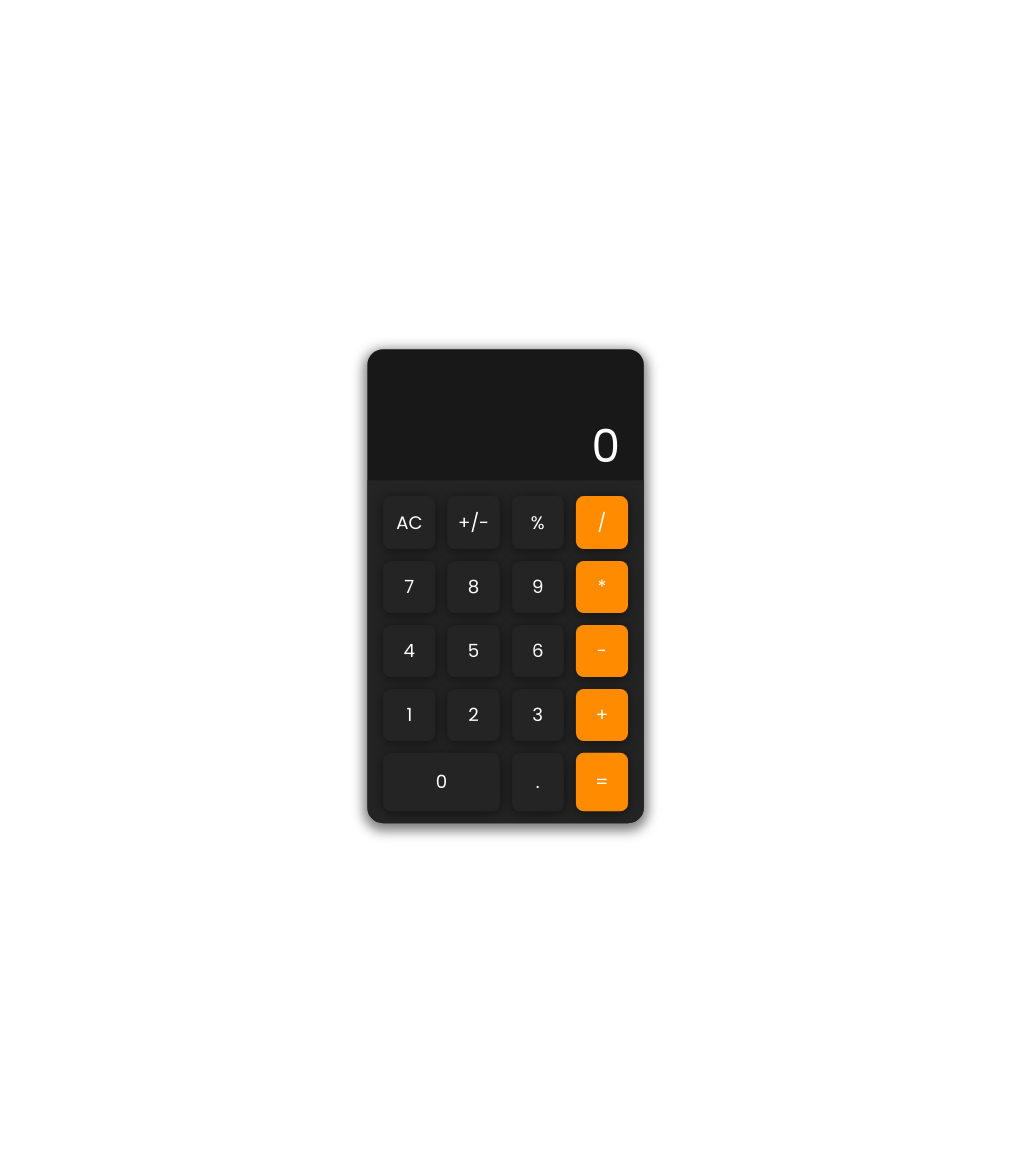
Repository: minhtien9/Calculator
Page: /
An editor plug-in stored every save of this project. The page is shown before and after the next save, followed by the edit.
The browser window is 1280 px wide. The pictures show the whole page, at 79% of full size.
The project was rebuilt for these pictures with package versions that can differ from the ones it lists, and the page was loaded fresh each time. Also part of the build but not shown: src/App.css.

Above is the page before, as saved 2022-07-21 19:18:02.

### src/index.js
import React from "react";
import ReactDOM from "react-dom/client";
import App from "./App";

const root = ReactDOM.createRoot(document.getElementById("root"));
root.render(
    <React.StrictMode>
        <App />
    </React.StrictMode>
);

// If you want to start measuring performance in your app, pass a function
// to log results (for example: reportWebVitals(console.log))
// or send to an analytics endpoint. Learn more: https://bit.ly/CRA-vitals

### src/App.js
import "./App.css";
import Caculator from "./Components/Caculator";

function App() {
    return (
        <div className='App'>
            <Caculator />
        </div>
    );
}

export default App;

### src/Components/Caculator.jsx
import React from "react";
import "./Caculator.scss";

const Caculator = () => {
    return (
        <div className='caculator'>
            <section className='monitor'>
                <p className='out-put'>0</p>
            </section>

            <section className='keyboard'>
                <div className='keyboard-row'>
                    <button className='one-block'>AC</button>
                    <button className='one-block'> +/- </button>
                    <button className='one-block'> % </button>
                    <button className='one-block orange'>/</button>
                </div>

                <div className='keyboard-row'>
                    <button className='one-block'>7</button>
                    <button className='one-block'>8</button>
                    <button className='one-block'>9</button>
                    <button className='one-block orange'>*</button>
                </div>

                <div className='keyboard-row'>
                    <button className='one-block'>4</button>
                    <button className='one-block'>5</button>
                    <button className='one-block'>6</button>
                    <button className='one-block orange'>-</button>
                </div>

                <div className='keyboard-row'>
                    <button className='one-block'>1</button>
                    <button className='one-block'>2</button>
                    <button className='one-block'>3</button>
                    <button className='one-block orange'>+</button>
                </div>

                <div className='keyboard-row'>
                    <button className='two-block'>0</button>
                    <button className='one-block'> .</button>
                    <button className='one-block orange'> =</button>
                </div>
            </section>
        </div>
    );
};

export default Caculator;

### src/Components/Caculator.scss
@import url("https://fonts.googleapis.com/css2?family=Poppins:ital,wght@0,100;0,200;0,300;0,400;0,500;0,600;0,700;0,800;0,900;1,100;1,200;1,300;1,400;1,500;1,600;1,700;1,800;1,900&display=swap");

* {
    font-family: "Poppins";
    font-size: 23px;
    color: white;
}

button {
    border: none;
    background: none;
    cursor: pointer;
    border-radius: 10px;
    box-shadow: 0 2px 15px 0 rgba(0, 0, 0, 0.5);
}

.orange {
    background: darkorange;
    color: white;
}

.caculator {
    width: 350px;
    height: 600px;
    margin: 35% auto;
    background-color: rgb(24, 24, 24);
    display: flex;
    flex-direction: column;
    border-radius: 20px;
    overflow: hidden;
    box-shadow: 0px 5px 15px 5px rgba(0, 0, 0, 0.5);
}

.monitor {
    .out-put {
        margin: 80px 30px 0px;
        font-size: 2.5rem;
        text-align: right;
    }
}

.keyboard {
    display: flex;
    flex-direction: column;
    background: rgb(36, 36, 36);
    gap: 15px;
    padding: 20px;
}

.keyboard-row {
    display: flex;
    gap: 15px;
    .one-block {
        width: 25%;
        aspect-ratio: 1/1;
    }

    .two-block {
        width: calc(50% - -21px);
        aspect-ratio: 2/1;
    }
}

Loaded but not shown: public/index.html (common file)

After the next save:
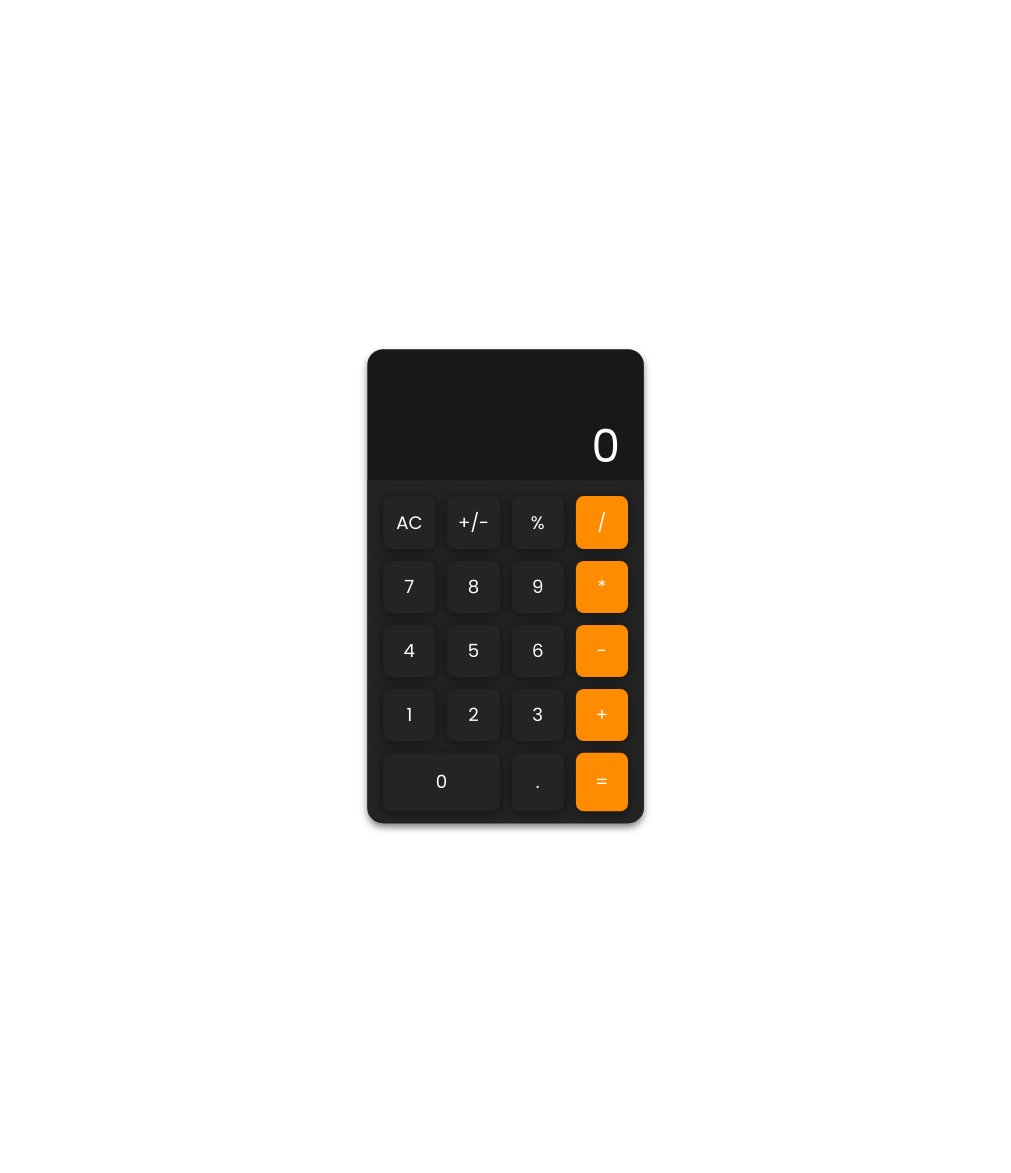
Saved 18 s later.
--- a/src/Components/Caculator.scss
+++ b/src/Components/Caculator.scss
@@ -28,7 +28,7 @@ button {
     flex-direction: column;
     border-radius: 20px;
     overflow: hidden;
-    box-shadow: 0px 5px 15px 5px rgba(0, 0, 0, 0.5);
+    box-shadow: 0px 5px 10px 0px rgba(0, 0, 0, 0.5);
 }
 
 .monitor {
